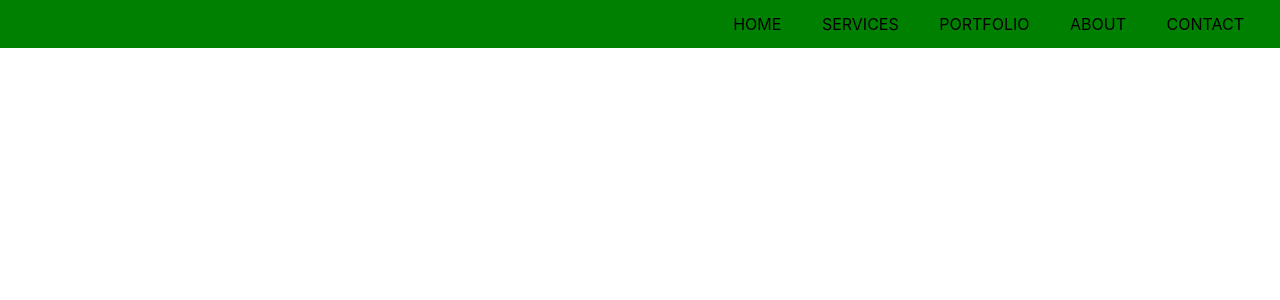
Repository: arek-adamik/golden-webpage
Page: index.html
These files come from the project's save history. The page is drawn as it stood at one moment and after the next save; the edit follows.
The browser window is 1280 px wide. The pictures show the whole page.
Some web libraries are served in a nearby version. The style sheet was rebuilt from its Sass, Less or Tailwind sources for each picture, by a compiler version that may differ from the author's.

Above is the page before, as saved 2021-05-03 21:36:59.

### index.html
<!DOCTYPE html>
<html lang="en">
  <head>
    <meta name="viewport" content="width=device-width, initial-scale=1.0">
    <meta charset="utf-8">
    <title>Sklep Internetowy</title>
    <link rel="stylesheet" href="https://use.fontawesome.com/releases/v5.5.0/css/all.css">
    <link rel="stylesheet" href="vendor/bootstrap-grid.css">
    <link rel="stylesheet" href="css/style.css">
    <link rel="stylesheet" href="https://stackpath.bootstrapcdn.com/bootstrap/4.5.1/css/bootstrap.min.css" integrity="sha384-VCmXjywReHh4PwowAiWNagnWcLhlEJLA5buUprzK8rxFgeH0kww/aWY76TfkUoSX" crossorigin="anonymous">
  </head>
  <body>
      <nav class="navigation">
          <ul>
              <li><a href="#">HOME</a></li>
              <li><a href="#">SERVICES</a></li>
              <li><a href="#">PORTFOLIO</a></li>
              <li><a href="#">ABOUT</a></li>
              <li><a href="#">CONTACT</a></li>


          </ul>

      </nav>
  </body>
  </html>

### sass/style.scss
.navigation {
    background-color: green;
    padding: 12px 0 12px 0;
        ul {
            padding: 0;
            margin: 0;
            list-style-type: none;
            text-align: right;
        }
        li {
            display: inline-block;
            margin-right: 36px;
            position: relative;
        }
        a {
            text-decoration: none;
            color: black;
        }
        a:hover {
            color: white;
            text-decoration: none;
        }
        .menu {
            display: none;
        }
}

Loaded but not shown: vendor/bootstrap-grid.css (library)

After the next save:
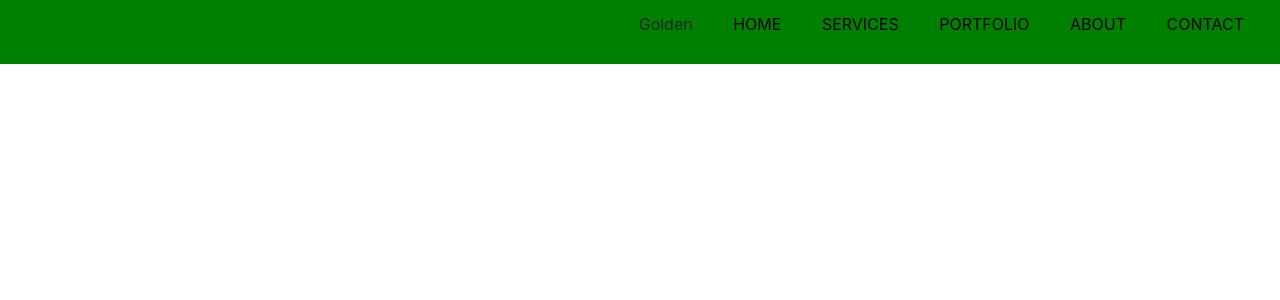
Saved 3 min 29 s later.
--- a/index.html
+++ b/index.html
@@ -12,6 +12,7 @@
   <body>
       <nav class="navigation">
           <ul>
+              <li><p class="logo">Golden</p></li>
               <li><a href="#">HOME</a></li>
               <li><a href="#">SERVICES</a></li>
               <li><a href="#">PORTFOLIO</a></li>
